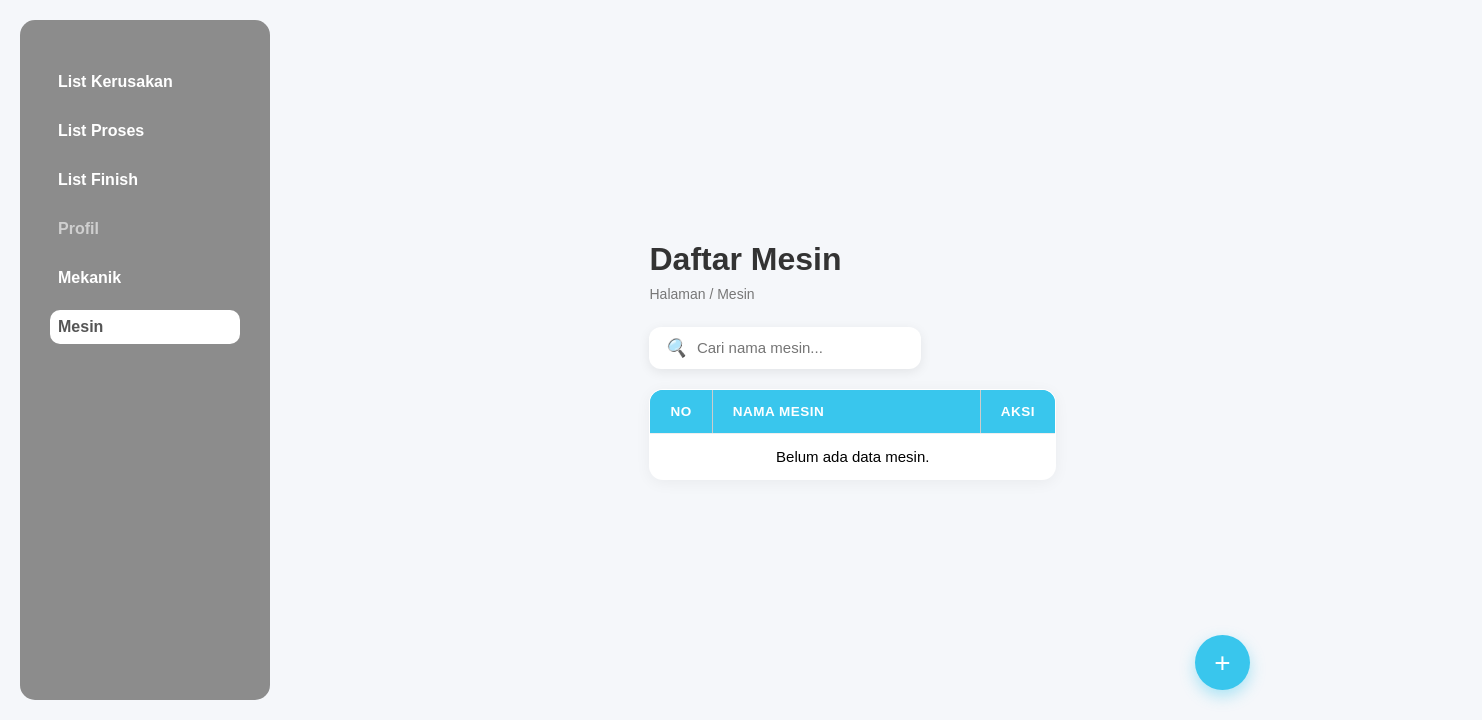
Repository: 1rHub/maintenance
Page: http://localhost/mesin.php
An editor plug-in stored every save of this project. The page is shown before and after the next save, followed by the edit.
The browser window is 1280 px wide. The page is 1280 px wide, then 1482 px, so the pictures cover 1482 px, including what lies to the right of the window. The pictures show the whole page.
The page is run by PHP 8.4 with error messages shown; the project is at /var/www/html/. Queries for data that is not in the repository find no rows.

Above is the page before, as saved 2025-10-20 09:15:16.

### mesin.php
<?php
include "koneksi.php";
include "sidebar.php";

// Tambah mesin
if ($_SERVER["REQUEST_METHOD"] === "POST" && isset($_POST["tambah_mesin"])) {
    $nama = trim($_POST["nama_mesin"]);
    if ($nama !== "") {
        mysqli_query($conn, "INSERT INTO mesin (nama_mesin) VALUES ('$nama')");
    }
    header("Location: mesin.php");
    exit;
}

// Hapus mesin
if ($_SERVER["REQUEST_METHOD"] === "POST" && isset($_POST["hapus_mesin"])) {
    $id = intval($_POST["id_mesin"]);
    mysqli_query($conn, "DELETE FROM mesin WHERE id = $id");
    header("Location: mesin.php");
    exit;
}

// Ambil semua mesin
$result = mysqli_query($conn, "SELECT * FROM mesin ORDER BY id ASC");
$mesin_list = mysqli_fetch_all($result, MYSQLI_ASSOC);
?>

<!DOCTYPE html>
<html lang="id">
<head>
    <meta charset="UTF-8">
    <title>Data Mesin</title>
    <link rel="stylesheet" href="assets/css/style.css">
    <style>
        body {
            background: #f5f7fa;
            font-family: "Poppins", sans-serif;
        }

        .container {
            padding: 30px 60px;
            max-width: 1200px;
            margin: auto;
        }

        h1 {
            margin-bottom: 8px;
            color: #333;
        }

        .breadcrumb {
            color: #777;
            font-size: 14px;
            margin-bottom: 25px;
        }

        /* Search bar */
        .search-box {
            width: 100%;
            max-width: 450px;
            margin-bottom: 20px;
            display: flex;
            align-items: center;
            background: white;
            border-radius: 12px;
            box-shadow: 0 3px 12px rgba(0,0,0,0.08);
            padding: 10px 15px;
        }

        .search-box input {
            flex: 1;
            border: none;
            outline: none;
            font-size: 15px;
            background: transparent;
            color: #333;
        }

        .search-box i {
            color: #39c6ed;
            font-size: 18px;
            margin-right: 10px;
        }

        /* Tabel */
        table {
            width: 150%;
            border-collapse: collapse;
            background: white;
            border-radius: 14px;
            overflow: hidden;
            box-shadow: 0 3px 15px rgba(0,0,0,0.05);
        }

        th, td {
            padding: 14px 20px;
            text-align: left;
            border-bottom: 1px solid #eee;
            font-size: 15px;
        }

        th {
            background: #39c6ed;
            color: white;
            text-transform: uppercase;
            font-size: 13.5px;
            letter-spacing: 0.5px;
        }

        tr:hover td {
            background: #f7fdff;
        }

        td a {
            color: #333;
            font-weight: 600;
            text-decoration: none;
            transition: 0.2s;
        }

        td a:hover {
            color: #39c6ed;
        }

        /* Tombol hapus */
        .hapus-btn {
            background: #ff4d4d;
            color: white;
            border: none;
            border-radius: 6px;
            padding: 6px 12px;
            font-size: 14px;
            cursor: pointer;
            transition: 0.2s;
        }

        .hapus-btn:hover {
            background: #d93c3c;
            transform: scale(1.05);
        }

        /* Floating button */
        .float-btn {
            position: fixed;
            bottom: 30px;
            right: 30px;
            background-color: #39c6ed;
            color: white;
            font-size: 28px;
            width: 55px;
            height: 55px;
            border-radius: 50%;
            border: none;
            box-shadow: 0 6px 15px rgba(57,198,237,0.4);
            cursor: pointer;
            transition: all 0.3s ease;
        }

        .float-btn:hover {
            background-color: #2da8cf;
            transform: scale(1.1);
        }

        /* Popup */
        .popup .popup-content {
            width: 100%;
            max-width: 400px;
            text-align: center;
            border-radius: 12px;
        }

        .popup-content h2 {
            margin-bottom: 15px;
            color: #333;
        }

        .popup-content input[type="text"] {
            width: 90%;
            padding: 10px;
            margin: 10px 0;
            border: 1px solid #ccc;
            border-radius: 8px;
            outline: none;
            transition: 0.2s;
        }

        .popup-content input:focus {
            border-color: #39c6ed;
            box-shadow: 0 0 5px rgba(57,198,237,0.4);
        }

        .popup-content button {
            background: #39c6ed;
            color: white;
            padding: 8px 15px;
            border: none;
            border-radius: 8px;
            cursor: pointer;
            transition: 0.2s;
        }

        .popup-content button:hover {
            background: #2da8cf;
        }

        /* === Layout utama mirip dashboard === */
.main-content {
    margin-left: 260px; /* mengikuti lebar sidebar */
    padding: 30px 50px;
    background: #f5f7fa;
    min-height: 100vh;
    display: flex;
    flex-direction: column;
    align-items: center;
}

/* === Table wrapper agar lebar di tengah === */
.table-wrapper {
    width: 90%;
    max-width: 1000px;
}

/* Header judul */
.main-content h1 {
    margin-bottom: 8px;
    text-align: center;
}

.main-content .breadcrumb {
    color: #777;
    font-size: 14px;
    margin-bottom: 25px;
    text-align: center;
}

    </style>
</head>
<body>
    <div class="container">
        <h1>Daftar Mesin</h1>
        <p class="breadcrumb">Halaman / Mesin</p>

        <!-- 🔍 Search -->
        <div class="search-box">
            <i>🔍</i>
            <input type="text" id="searchMesin" placeholder="Cari nama mesin...">
        </div>

        <!-- 📋 Tabel Mesin -->
        <table id="mesinTable">
            <thead>
                <tr>
                    <th style="width:8%;">No</th>
                    <th>Nama Mesin</th>
                    <th style="width:15%; text-align:center;">Aksi</th>
                </tr>
            </thead>
            <tbody>
                <?php if (count($mesin_list) > 0): ?>
                    <?php $no = 1; foreach ($mesin_list as $m): ?>
                        <tr>
                            <td><?= $no++ ?></td>
                            <td>
                                <a href="#" onclick="openRiwayatMesin('<?= htmlspecialchars($m['nama_mesin']) ?>')">
                                    <?= htmlspecialchars($m['nama_mesin']) ?>
                                </a>
                            </td>
                            <td style="text-align:center;">
                                <button class="hapus-btn" onclick="hapusMesin(event, <?= $m['id'] ?>)">Hapus</button>
                            </td>
                        </tr>
                    <?php endforeach; ?>
                <?php else: ?>
                    <tr><td colspan="3" style="text-align:center;">Belum ada data mesin.</td></tr>
                <?php endif; ?>
            </tbody>
        </table>
    </div>

    <!-- ➕ Tombol Tambah Mesin -->
    <button class="float-btn" onclick="openTambahPopup()">+</button>

    <!-- 📋 Popup Tambah Mesin -->
    <div class="popup" id="popupTambah">
        <div class="popup-content">
            <span class="close-btn" onclick="closeTambahPopup()">&times;</span>
            <h2>Tambah Mesin Baru</h2>
            <form method="POST">
                <input type="text" name="nama_mesin" placeholder="Nama mesin baru" required>
                <button type="submit" name="tambah_mesin">Tambah</button>
            </form>
        </div>
    </div>

    <!-- 📋 Popup Riwayat Mesin -->
    <div class="popup" id="popupRiwayatMesin">
        <div class="popup-content" style="max-width:900px;">
            <span class="close-btn" onclick="closeRiwayatMesin()">&times;</span>
            <h2 id="riwayatMesinTitle">Riwayat Mesin</h2>
            <table>
                <thead>
                    <tr>
                        <th>Tanggal</th>
                        <th>Pelapor</th>
                        <th>Divisi</th>
                        <th>Keterangan</th>
                        <th>Mekanik</th>
                        <th>Pesan Mekanik</th>
                        <th>Kategori</th>
                    </tr>
                </thead>
                <tbody id="riwayatMesinTable">
                    <tr><td colspan="7" style="text-align:center;">Pilih mesin untuk melihat riwayat.</td></tr>
                </tbody>
            </table>
        </div>
    </div>

    <form id="hapusForm" method="POST" style="display:none;">
        <input type="hidden" name="hapus_mesin" value="1">
        <input type="hidden" name="id_mesin" id="hapusMesinId">
    </form>

    <script>
        // 🔍 Live search mesin
        document.getElementById('searchMesin').addEventListener('input', function() {
            const query = this.value.toLowerCase();
            const rows = document.querySelectorAll('#mesinTable tbody tr');
            rows.forEach(row => {
                const nama = row.cells[1].textContent.toLowerCase();
                row.style.display = nama.includes(query) ? '' : 'none';
            });
        });

        // 📋 Riwayat mesin
        function openRiwayatMesin(namaMesin) {
            const popup = document.getElementById('popupRiwayatMesin');
            const tbody = document.getElementById('riwayatMesinTable');
            document.getElementById('riwayatMesinTitle').textContent = `Riwayat Mesin: ${namaMesin}`;
            popup.style.display = 'flex';

            fetch(`riwayat_mesin.php?nama=${encodeURIComponent(namaMesin)}`)
                .then(res => res.json())
                .then(data => {
                    tbody.innerHTML = "";
                    if (data.length === 0) {
                        tbody.innerHTML = "<tr><td colspan='7' style='text-align:center;'>Belum ada riwayat perbaikan.</td></tr>";
                        return;
                    }
                    data.forEach(item => {
                        const tr = document.createElement("tr");
                        tr.innerHTML = `
                            <td>${item.tanggal}</td>
                            <td>${item.nama}</td>
                            <td>${item.divisi}</td>
                            <td>${item.pesan}</td>
                            <td>${item.nama_mekanik || '-'}</td>
                            <td>${item.pesan_mekanik || '-'}</td>
                            <td>${item.kategori}</td>
                        `;
                        tbody.appendChild(tr);
                    });
                })
                .catch(() => {
                    tbody.innerHTML = "<tr><td colspan='7' style='text-align:center;'>Gagal memuat data.</td></tr>";
                });
        }

        function closeRiwayatMesin() {
            document.getElementById('popupRiwayatMesin').style.display = 'none';
        }

        // ➕ Tambah mesin
        function openTambahPopup() {
            document.getElementById('popupTambah').style.display = 'flex';
        }

        function closeTambahPopup() {
            document.getElementById('popupTambah').style.display = 'none';
        }

        // 🗑️ Hapus mesin
        function hapusMesin(event, id) {
            event.stopPropagation();
            if (confirm("Yakin ingin menghapus mesin ini?")) {
                document.getElementById('hapusMesinId').value = id;
                document.getElementById('hapusForm').submit();
            }
        }
    </script>
</body>
</html>

### koneksi.php
<?php
$host = "localhost";
$user = "root";
$pass = "";
$db   = "db_laporan";

$conn = new mysqli($host, $user, $pass, $db);

if ($conn->connect_error) {
    die("Koneksi gagal: " . $conn->connect_error);
}
?>

### sidebar.php
<?php

$current_page = basename($_SERVER['PHP_SELF']);
?>

<head>
    <link rel="stylesheet" href="assets/css/style.css">
</head>
<div class="sidebar">
    <ul class="menu">
        <li>
            <a href="dashboard_laporan.php" class="<?= $current_page == 'dashboard_laporan.php' ? 'active' : '' ?>">
                List Kerusakan
            </a>
        </li>
        <li>
            <a href="list_proses.php" class="<?= $current_page == 'list_proses.php' ? 'active' : '' ?>">
                List Proses
            </a>
        </li>
        <li>
            <a href="list_finish.php" class="<?= $current_page == 'list_finish.php' ? 'active' : '' ?>">
                List Finish
            </a>
        </li>
        <li>
            <a href="#" class="disabled">Profil</a>
        </li>
        <li>
            <a href="mekanik.php" class="<?= $current_page == 'mekanik.php' ? 'active' : '' ?>">
                Mekanik
            </a>
        </li>
        <li>
            <a href="mesin.php" class="<?= $current_page == 'mesin.php' ? 'active' : '' ?>">
                Mesin
            </a>
        </li>
    </ul>
    <?php if ($current_page == 'dashboard_laporan.php'): ?>
        <button class="register-btn" onclick="openPopup()">Registrasi Laporan</button>
    <?php endif; ?>
</div>

### assets/css/style.css
* {
	margin: 0;
	padding: 0;
	box-sizing: border-box;
}

body {
	font-family: -apple-system, BlinkMacSystemFont, 'Segoe UI', Roboto, Oxygen, Ubuntu, Cantarell, sans-serif;
	background-color: #f5f5f5;
	display: flex;
	height: 100vh;
}

.sidebar {
	width: 250px;
	background-color: #8c8c8c;
	padding: 30px;
	display: flex;
	flex-direction: column;
	justify-content: space-between;
	border-radius: 15px;
	margin: 20px;
}

.menu {
	list-style: none;
}

.menu li {
	margin: 15px 0;
}

.menu a {
	text-decoration: none;
	font-weight: bold;
	font-size: 16px;
	color: white;
	display: block;
	padding: 8px 8px;
	border-radius: 10px;
}

.menu a.active {
	background-color: white;
	color: #555;
}

.menu a.disabled {
	color: #cfcfcf;
	pointer-events: none;
}

.register-btn {
	background-color: white;
	border: none;
	padding: 10px;
	border-radius: 10px;
	font-weight: bold;
	cursor: pointer;
}

.main-content {
	flex: 1;
	padding: 40px;
}

.main-content h1 {
	font-size: 28px;
	font-weight: bold;
}

.main-content2 {
	margin-bottom: 38px;
}

.breadcrumb {
	margin-top: 5px;
	color: gray;
}

.popup {
  display: none;
  position: fixed;
  top: 0; left: 0;
  width: 100%;
  height: 100%;
  background: rgba(0,0,0,0.5);
  justify-content: center;
  align-items: center;
  z-index: 1000;
}

.popup-content {
  background: #fff;
  padding: 20px;
  border-radius: 12px;
  width: 400px;
  position: relative;
}

.close-btn {
    position: absolute;
    top: 10px;
    right: 15px;
    font-size: 20px;
    font-weight: bold;
    color: #555;
    cursor: pointer;
    z-index: 10000; /* pastikan di atas semua isi popup */
}

.close-btn:hover {
    color: #000;
}

.popup-content h2 {
	margin-bottom: 15px;
}

.popup-content label {
	display: block;
	margin-top: 10px;
	font-weight: bold;
}

.popup-content input,
.popup-content select,
.popup-content textarea {
	width: 100%;
	padding: 8px;
	margin-top: 5px;
	border-radius: 5px;
	border: 1px solid #ccc;
}

.popup-content button {
	margin-top: 15px;
	padding: 10px;
	border: none;
	border-radius: 8px;
	background: #8c8c8c;
	color: white;
	font-weight: bold;
	cursor: pointer;
}

.hapus-float-btn {
	position: fixed;
	bottom: 25px;
	right: 25px;
	background-color: #e74c3c;
	color: white;
	padding: 12px 18px;
	border: none;
	border-radius: 8px;
	cursor: pointer;
	font-size: 15px;
	box-shadow: 0 4px 12px rgba(0, 0, 0, 0.2);
	transition: all 0.25s ease;
	z-index: 1000;
}

.hapus-float-btn:hover {
	background-color: #c0392b;
	transform: scale(1.05);
}

table {
	font-size: 12px;
	margin-top: 20px;
	width: 100%;
	border-collapse: collapse;
}

table thead {
	background: #39c6ed;
}

table,
th,
td {
	border: 1px solid #ccc;
}

th,
td {
	padding: 10px;
	text-align: left;
}

.filter {
	display: flex;
	align-items: center;
	gap: 15px;
	margin-top: 20px;
	margin-bottom: 15px;
}

.filter label {
	font-weight: bold;
}

.filter input[type="date"],
.filter select {
	padding: 5px 10px;
	border: 1px solid #ccc;
	border-radius: 6px;
	cursor: pointer;
}

.filter button {
	background-color: #39c6ed;
	color: white;
	border: none;
	border-radius: 6px;
	padding: 6px 12px;
	cursor: pointer;
	transition: 0.2s;
}

.filter button:hover {
	background-color: #666;
}

.success {
	color: green;
	font-weight: bold;
	margin-top: 10px;
}

.warning {

	color: #ff0000;
	font-weight: bold;
	margin-top: 10px;
}

.kategori {
	font-weight: bold;
	padding: 6px;
	border-radius: 6px;
	color: #fff;
	text-align: center;
}

.kategori.biasa {
	display: list-item;
	margin-top: 3px;
	color: #29b513;

}

.kategori.sedang {
	display: list-item;
	margin-top: 3px;
	color: #efae15;
}

.kategori.urgent {
	display: list-item;
	margin-top: 3px;
	color: #e74c3c;
}

#laporanTable a {
	color: inherit;
	text-decoration: none;
	cursor: pointer;
}

.popup {
	display: none;
	position: fixed;
	z-index: 999;
	left: 0;
	top: 0;
	width: 100%;
	height: 100%;
	background-color: rgba(0, 0, 0, 0.4);
	justify-content: center;
	align-items: center;
}

.popup-content {
	background: #fff;
	padding: 25px;
	border-radius: 10px;
	box-shadow: 0 8px 20px rgba(0, 0, 0, 0.2);
	animation: fadeIn 0.2s ease-in-out;
}

.close-btn {
	float: right;
	cursor: pointer;
	font-size: 22px;
	color: #888;
}

.close-btn:hover {
	color: #333;
}

@keyframes fadeIn {
	from {
		opacity: 0;
		transform: scale(0.9);
	}

	to {
		opacity: 1;
		transform: scale(1);
	}
}

a {
	color: inherit;
	text-decoration: none;
}

a:hover {
	text-decoration: underline;
}

.mekanik-list {
	display: flex;
	flex-direction: column;
	gap: 8px;
	margin-top: 10px;
}

.mekanik-item {
	display: flex;
	align-items: center;
	gap: 10px;
}

.mekanik-item label {
	font-weight: 400;
	color: #000000;
	cursor: pointer;
}

.mekanik-item input[type="checkbox"] {
	width: 18px;
	height: 18px;
	accent-color: #555;
	cursor: pointer;
}

.header-container {
	display: flex;
	justify-content: space-between;
	align-items: center;
}

.menu-opsi {
	position: relative;
	display: inline-block;
}

.menu-btn {
	background: none;
	border: none;
	font-size: 22px;
	cursor: pointer;
	padding: 5px;
	color: #333;
}

.dropdown-menu {
	display: none;
	position: absolute;
	right: 0;
	top: 30px;
	background-color: white;
	border: 1px solid #ddd;
	border-radius: 6px;
	box-shadow: 0 5px 15px rgba(0, 0, 0, 0.1);
	z-index: 100;
	width: 180px;
}

.dropdown-menu button {
	width: 100%;
	border: none;
	background: none;
	padding: 10px;
	text-align: left;
	cursor: pointer;
	font-size: 14px;
}

.dropdown-menu button:hover {
	background-color: #f0f0f0;
}

.status.ditunda {
	font-style: italic;
}

.temp-alert {
	position: fixed;
	top: 80px;
	right: 30px;
	background-color: 1;
	color: #2c3e50;
	padding: 12px 20px;
	border-radius: 6px;
	box-shadow: 0 4px 10px rgba(0, 0, 0, 0.15);
	font-size: 14px;
	z-index: 2000;
	opacity: 1;
	transition: opacity 0.5s ease;
}

/* Warna untuk jenis alert berbeda */
.temp-alert.warning {
	color: rgb(255, 196, 0);
}

.temp-alert.success {
	background-color: #27ae60;
	color: white;
}

.temp-alert.error {
	background-color: #e74c3c;
	color: white;
}

.temp-alert.info {
	background-color: #3498db;
	color: white;
}

.laporan-header {
	text-align: center;
	margin-bottom: 20px;
}

.laporan-header img {
	width: 250px;
	height: auto;
	margin-bottom: 10px;
}

.laporan-header h2 {
	margin: 0;
	font-size: 15px;
	color: #333;
}

.filter {
	margin-bottom: 15px;
}

/* Sembunyikan elemen ini saat mencetak */
@media print {

	.filter,
	.menu-opsi,
	.sidebar {
		display: none !important;
	}

	.main-content {
		margin-left: 0;
	}
}

#noData {
	display: none;
	text-align: center;
	color: #000000ff;
	font-size: 12px;
	margin-top: 30px;
}

body { font-family: Arial, sans-serif; }
        .mekanik-container { margin-left: 220px; padding: 20px; }
        .mekanik-list {
            display: grid;
            grid-template-columns: repeat(auto-fill, minmax(220px, 1fr));
            gap: 16px;
            margin-top: 20px;
        }
        .mekanik-card {
            background: white;
            border-radius: 10px;
            box-shadow: 0 5px 15px rgba(0,0,0,0.1);
            padding: 16px;
            text-align: center;
            transition: 0.3s;
            cursor: pointer;
        }
        .mekanik-card:hover {
            background: #39c6ed;
            color: white;
            transform: translateY(-3px);
        }
        .editable {
            border: none;
            background: transparent;
            text-align: center;
            width: 100%;
            font-size: 16px;
            font-weight: 500;
            outline: none;
            cursor: pointer;
        }
        .float-btn {
            position: fixed;
            bottom: 25px;
            right: 25px;
            background: #39c6ed;
            color: white;
            border: none;
            border-radius: 50%;
            width: 55px;
            height: 55px;
            font-size: 28px;
            cursor: pointer;
            box-shadow: 0 5px 15px rgba(0,0,0,0.3);
        }
        .popup {
            display: none;
            position: fixed;
            top: 0; left: 0;
            width: 100%; height: 100%;
            background-color: rgba(0,0,0,0.4);
            justify-content: center;
            align-items: center;
            z-index: 999;
        }
        .popup-content {
            background: white;
            padding: 20px;
            border-radius: 10px;
            width: 600px;
            max-height: 80vh;
            overflow-y: auto;
            animation: fadeIn 0.3s ease;
        }
        @keyframes fadeIn {
            from { opacity: 0; transform: translateY(-10px); }
            to { opacity: 1; transform: translateY(0); }
        }
        .popup-content table {
            width: 100%;
            border-collapse: collapse;
        }
        .popup-content th, .popup-content td {
            border: 1px solid #ccc;
            padding: 8px;
            text-align: center;
        }
        .btn-row {
            margin-top: 20px;
            display: flex;
            justify-content: flex-end;
            gap: 10px;
        }
        .hapus-btn {
            background: #e74c3c !important;
            border: none;
            color: white;
            padding: 8px 16px;
            border-radius: 6px;
            cursor: pointer;
            font-size: 15px;
        }
        .edit-btn {
            background: #39c6ed !important;
            border: none;
            color: white;
            padding: 8px 16px;
            border-radius: 6px;
            cursor: pointer;
            font-size: 15px;
        }
        .close-btn { float: right; cursor: pointer; font-size: 20px; }
        #editNamaInput {
            display: none;
            width: 80%;
            padding: 6px;
            margin-top: 8px;
            border-radius: 5px;
            border: 1px solid #ccc;
            text-align: center;
        }

After the next save:
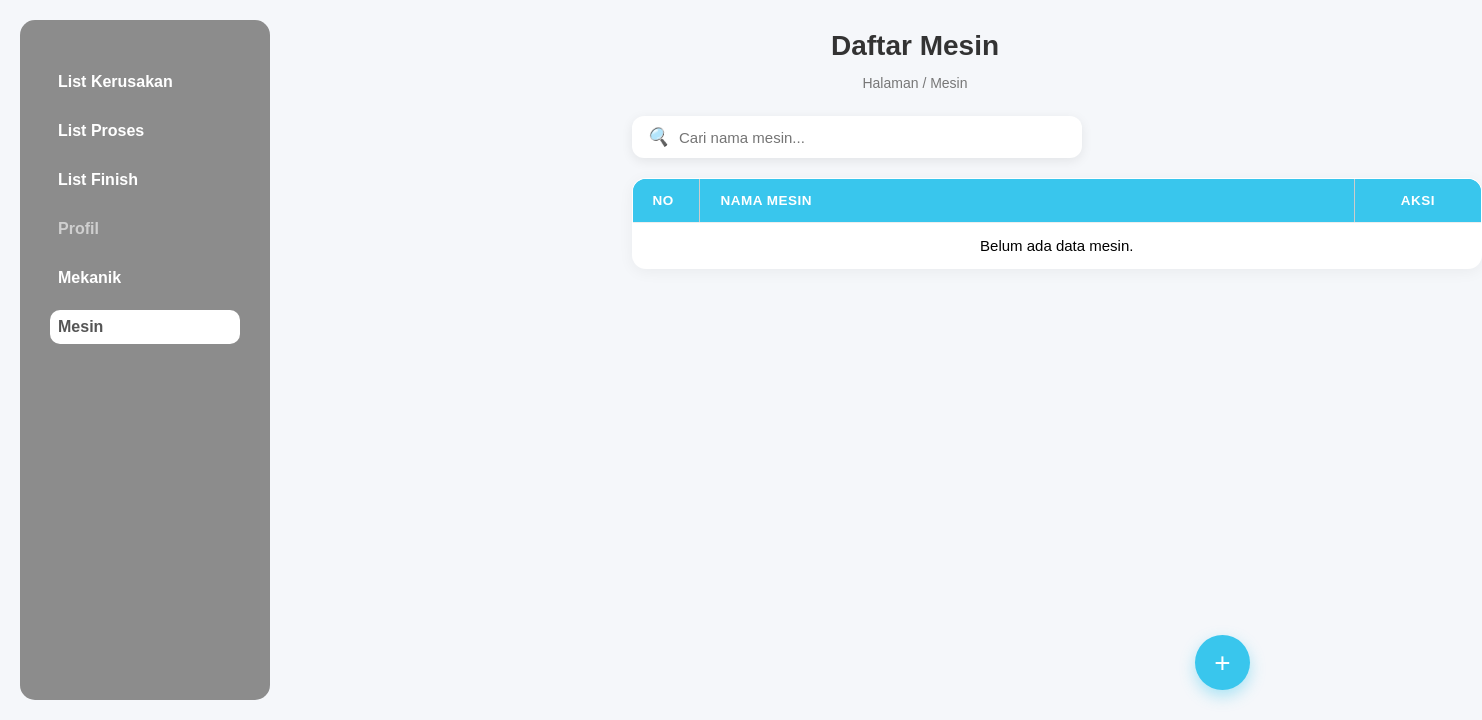
Saved 39 s later.
--- a/mesin.php
+++ b/mesin.php
@@ -236,9 +236,11 @@ $mesin_list = mysqli_fetch_all($result, MYSQLI_ASSOC);
     </style>
 </head>
 <body>
-    <div class="container">
-        <h1>Daftar Mesin</h1>
-        <p class="breadcrumb">Halaman / Mesin</p>
+    <div class="main-content">
+    <h1>Daftar Mesin</h1>
+    <p class="breadcrumb">Halaman / Mesin</p>
+
+    <div class="table-wrapper">
 
         <!-- 🔍 Search -->
         <div class="search-box">
